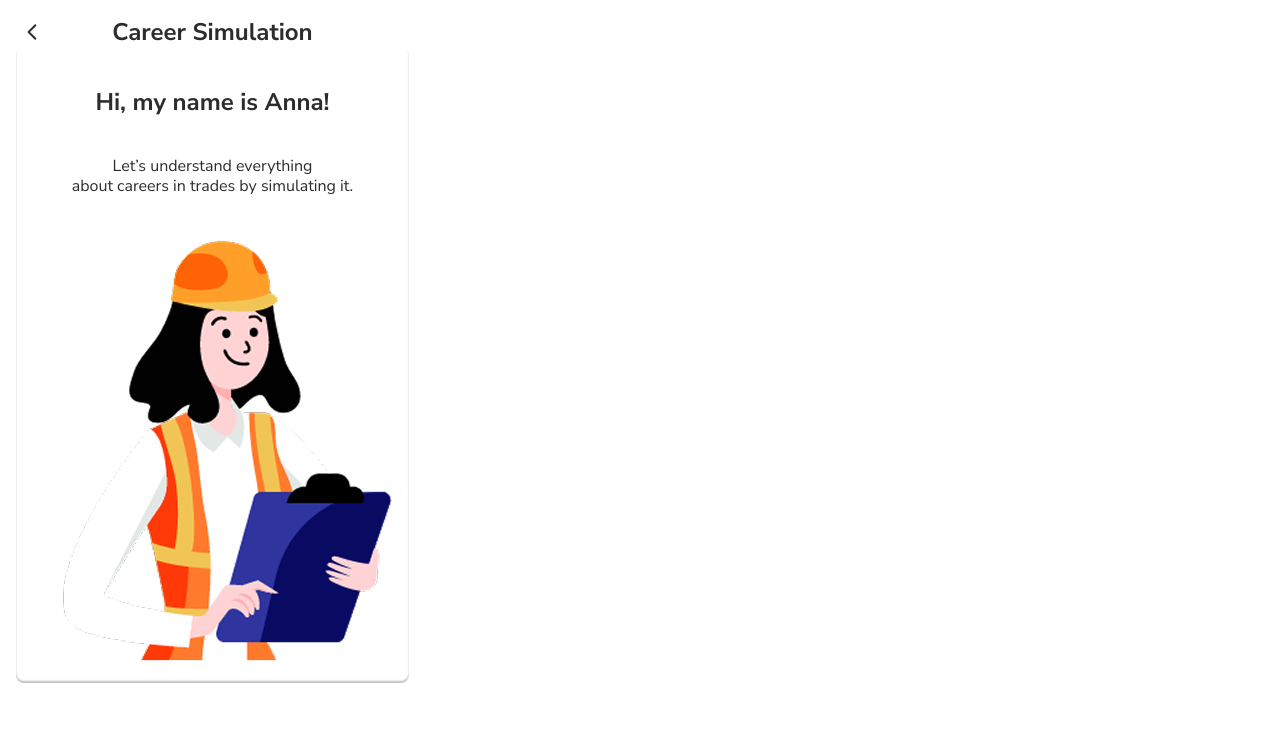
Repository: daniel-liu01/week10books
Page: /
The author's editor kept a copy of each file at every save. The page is drawn from the files as they stood at one save, then again after the next save.
The browser window is 1280 px wide. The pictures show the whole page.
The project was rebuilt for these pictures with package versions that can differ from the ones it lists, and the page was loaded fresh each time. Also part of the build but not shown: vite.config.js, vite.config.ts, src/App.css.

Above is the page before, as saved 2025-10-17 18:07:21.

### index.html
<!DOCTYPE html>
<html lang="en">
    <head>
        <meta charset="UTF-8" />
        <link
            rel="icon"
            type="image/svg+xml"
            href="/vite.svg" />
        <meta
            name="viewport"
            content="width=device-width, initial-scale=1.0" />
        <title>frontend</title>
        <link
            rel="preconnect"
            href="https://fonts.googleapis.com" />
        <link
            rel="preconnect"
            href="https://fonts.gstatic.com"
            crossorigin />
        <link
            href="https://fonts.googleapis.com/css2?family=Nunito+Sans:ital,opsz,wght@0,6..12,200..1000;1,6..12,200..1000&display=swap"
            rel="stylesheet" />
    </head>
    <body>
        <div id="root"></div>
        <script
            type="module"
            src="/src/main.jsx"></script>
    </body>
</html>

### src/index.css
/* ------------------------------------------------------ GENERAL STYLES ------------------------------------------------------ */
*,
*::before,
*::after {
    box-sizing: inherit;
}

html,
body {
    padding: 0;

    font-family: var(--font-family);
    box-sizing: border-box;
}

body {
    width: 393px;
    min-height: 100vh;
    margin: 16px;
}

html {
    display: flex;
    align-items: flex-start;
}

/* ------------------------------------------------------ VARIABLES ------------------------------------------------------ */
:root {
    /* ----- COLORS ----- */
    --primary-50: #fff1e6;
    --primary-100: #ffd4b0;
    --primary-200: #ffbf8a;
    --primary-300: #ffa155;
    --primary-400: #ff8f34;
    --primary-500: #ff7301;
    --primary-600: #e86901;
    --primary-700: #b55201;
    --primary-800: #8c3f01;
    --primary-900: #6b3000;

    --secondary-50: #eefae6;
    --secondary-100: #cbefb1;
    --secondary-200: #b2e88b;
    --secondary-300: #8fdd55;
    --secondary-400: #79d635;
    --secondary-500: #58cc02;
    --secondary-600: #50ba02;
    --secondary-700: #3e9101;
    --secondary-800: #307001;
    --secondary-900: #255601;

    /* -- neutral colors -- */

    --offwhite-500: #f9f9f9;
    --white: #ffffff;
    --black-50: #eaeaea;
    --black-100: #bebebd;
    --black-200: #9e9e9d;
    --black-300: #727271;
    --black-400: #575655;
    --black-500: #2d2c2b;

    /* ----- TYPE ----- */
    --font-family: "Nunito Sans", sans-serif;

    --font-size-extra-large: 88px;
    --font-size-large: 30px;
    --font-size-extra-medium: 24px;
    --font-size-medium: 20px;
    --font-size-regular: 16px;
    --font-size-small: 12px;
    --font-size-extra-small: 10px;

    --font-style-normal: normal;
    --font-weight-bold: bold;

    --line-height-xxlarge: 100px;
    --line-height-large: 36px;
    --line-height-medium: 28px;
    --line-height-small: 20px;

    /* ----- SPACING ----- */
    --space-extra-small: 4px;
    --space-small: 8px;
    --space-regular: 16px;
    --space-medium: 32px;
    --space-large: 48px;
    --space-extra-large: 140px;

    /* ----- Inner shadow ----- */
    --inner-shadow: 0 -2px 2px 0 rgba(0, 0, 0, 0.25);
}

### src/App.jsx
import { useState } from "react";
import { BrowserRouter as Router, Routes, Route } from "react-router-dom";
import "./App.css";

import Simulation from "../app/Simulation/Simulation";

function App() {
    return (
        <div>
            <Simulation />
        </div>
    );
}

export default App;

### app/Simulation/Simulation.jsx
import styles from "./Simulation";
import StatusBar from "../../components/StatusBar/StatusBar";
import HeadingBar from "../../components/HeadingBar/HeadingBar";
import Card from "../../components/Card/Card";

function Simulation() {
    return (
        <div>
            <HeadingBar />
            <Card
                image='Anna.png'
                title='Hi, my name is Anna!'
                description={
                    <>
                        Let’s understand everything <br />
                        about careers in trades by simulating it.
                    </>
                }
            />
        </div>
    );
}

export default Simulation;

### components/HeadingBar/HeadingBar.jsx
import styles from "./HeadingBar.module.css";
import ArrowBack from "../ArrowBack/ArrowBack";

function HeadingBar() {
    return (
        <div className={styles.heading_container}>
            <ArrowBack />
            <h1 className={styles.heading_pageTitle}>Career Simulation</h1>
            <div className={styles.heading_placeholder}></div>
        </div>
    );
}

export default HeadingBar;

### components/Card/Card.jsx
import styles from "./Card.module.css";

function Card({ image, title, description }) {
    return (
        <div className={styles.container}>
            <div className={styles.content}>
                <h3 className={styles.title}>{title}</h3>
                <p className={styles.description}>{description}</p>
            </div>
            {image && (
                <div className={styles.image_wrapper}>
                    <img
                        src={image}
                        alt={title}
                        className={styles.image}
                    />
                </div>
            )}
        </div>
    );
}

export default Card;

### components/HeadingBar/HeadingBar.module.css
.heading_container {
    width: 100%;
    display: flex;
    align-items: center;
    justify-content: space-between;
    gap: var(--space-small);
    margin: 0;
    padding: 0;
}

.heading_pageTitle {
    font-weight: var(--font-weight-bold);
    font-size: var(--font-size-extra-medium);
    margin: 0;
    line-height: 1;
    color: var(--black-500);
}

.heading_placeholder {
    width: var(--space-medium);
    height: var(--space-medium);
    visibility: hidden;
}

### components/ArrowBack/ArrowBack.jsx
import styles from "./ArrowBack.module.css";

function ArrowBack() {
    return (
        <div className={styles.arrow_container}>
            <svg
                className={styles.arrow_icon}
                xmlns='http://www.w3.org/2000/svg'
                width='16'
                height='16'
                viewBox='0 0 12 20'
                fill='none'>
                <path
                    d='M10.7071 19.2929C10.3166 19.6834 9.68342 19.6834 9.29289 19.2929L0.707106 10.7071C0.316582 10.3166 0.316583 9.68342 0.707107 9.29289L9.29289 0.707106C9.68342 0.316582 10.3166 0.316582 10.7071 0.707107L11.0679 1.06789C11.4584 1.45842 11.4584 2.09158 11.0679 2.48211L3.55 10L11.0679 17.5179C11.4584 17.9084 11.4584 18.5416 11.0679 18.9321L10.7071 19.2929Z'
                    fill='currentColor'
                />
            </svg>
        </div>
    );
}

export default ArrowBack;

### components/Card/Card.module.css
.container {
    display: flex;
    padding: var(--space-regular);
    flex-direction: column;
    justify-content: space-between;
    align-items: center;
    flex: 1 0 0;
    align-self: stretch;
    border-radius: var(--space-small);
    background: var(--white);
    box-shadow: var(--inner-shadow) inset;
}

.content {
    display: flex;
    flex-direction: column;
    justify-content: space-between;
    align-items: center;
    flex: 1 0 0;
    align-self: stretch;
    font-family: var(--font-family);
    color: var(--black-500);
    text-align: center;
}

.title {
    font-size: var(--font-size-extra-medium);
    font-weight: var(--font-weight-bold);
    line-height: var(--line-height-medium);
}

.description {
    font-size: var(--font-size-regular);
    line-height: var(--line-height-small);
}

.image_wrapper {
}

.image {
}

### components/ArrowBack/ArrowBack.module.css
.arrow_container {
    display: inline-flex;
    align-items: center;
    justify-content: center;
    background: none;
    border: none;
    cursor: pointer;
    padding: 0;
    width: var(--space-medium);
    height: var(--space-medium);
}

.arrow_icon {
    color: var(--black-500);
    width: var(--space-regular);
    height: var(--space-regular);
}

.arrow_container:hover .arrow_icon {
    color: var(--primary-500);
}

### components/StatusBar/StatusBar.jsx
import styles from "./StatusBar.module.css";
import Hour from "../Hour/Hour";

const StatusBar = () => {
    return (
        <div className={styles.container}>
            <Hour />
            <div className={styles.right}>
                <svg
                    className={styles.icon}
                    width='20'
                    height='11'
                    viewBox='0 0 20 11'
                    fill='none'
                    xmlns='http://www.w3.org/2000/svg'>
                    <rect
                        x='15.8765'
                        y='0.600098'
                        width='3.23284'
                        height='10.2222'
                        rx='1.02778'
                    />
                    <rect
                        x='10.6338'
                        y='2.64453'
                        width='3.23284'
                        height='8.17778'
                        rx='1.02778'
                    />
                    <rect
                        x='5.3916'
                        y='5.71094'
                        width='3.23284'
                        height='5.11111'
                        rx='1.02778'
                    />
                    <rect
                        x='0.0327148'
                        y='7.75537'
                        width='3.23284'
                        height='3.06667'
                        rx='1.02778'
                    />
                </svg>

                <svg
                    className={styles.icon}
                    width='22'
                    height='20'
                    viewBox='0 0 22 20'
                    fill='none'
                    xmlns='http://www.w3.org/2000/svg'>
                    <mask
                        id='path-1-inside-1_2157_1042'
                        fill='white'>
                        <path d='M15.9006 7.3897C15.3805 6.57002 14.6486 5.88977 13.7741 5.41333C12.8995 4.93689 11.9113 4.68001 10.9029 4.66702C9.89445 4.65403 8.89922 4.88535 8.01135 5.33908C7.12349 5.79281 6.37237 6.45396 5.82907 7.25994L7.69376 8.391C8.03417 7.88601 8.50479 7.47176 9.06109 7.18747C9.6174 6.90317 10.241 6.75824 10.8728 6.76638C11.5046 6.77452 12.1238 6.93547 12.6718 7.23399C13.2197 7.53251 13.6783 7.95873 14.0042 8.47231L15.9006 7.3897Z' />
                    </mask>
                    <path
                        d='M15.9006 7.3897C15.3805 6.57002 14.6486 5.88977 13.7741 5.41333C12.8995 4.93689 11.9113 4.68001 10.9029 4.66702C9.89445 4.65403 8.89922 4.88535 8.01135 5.33908C7.12349 5.79281 6.37237 6.45396 5.82907 7.25994L7.69376 8.391C8.03417 7.88601 8.50479 7.47176 9.06109 7.18747C9.6174 6.90317 10.241 6.75824 10.8728 6.76638C11.5046 6.77452 12.1238 6.93547 12.6718 7.23399C13.2197 7.53251 13.6783 7.95873 14.0042 8.47231L15.9006 7.3897Z'
                        strokeWidth='4.11111'
                        mask='url(#path-1-inside-1_2157_1042)'
                    />
                    <mask
                        id='path-2-inside-2_2157_1042'
                        fill='white'>
                        <path d='M19.0832 4.55309C18.1524 3.34672 16.9405 2.3605 15.542 1.67127C14.1435 0.982029 12.5961 0.608389 11.0204 0.579456C9.4447 0.550522 7.88323 0.867077 6.45765 1.50446C5.03207 2.14184 3.78086 3.08283 2.80152 4.25413L4.5268 5.55219C5.29548 4.63284 6.27755 3.89425 7.39649 3.39397C8.51543 2.8937 9.74102 2.64523 10.9778 2.66794C12.2145 2.69065 13.4291 2.98392 14.5268 3.5249C15.6245 4.06588 16.5757 4.83997 17.3063 5.78684L19.0832 4.55309Z' />
                    </mask>
                    <path
                        d='M19.0832 4.55309C18.1524 3.34672 16.9405 2.3605 15.542 1.67127C14.1435 0.982029 12.5961 0.608389 11.0204 0.579456C9.4447 0.550522 7.88323 0.867077 6.45765 1.50446C5.03207 2.14184 3.78086 3.08283 2.80152 4.25413L4.5268 5.55219C5.29548 4.63284 6.27755 3.89425 7.39649 3.39397C8.51543 2.8937 9.74102 2.64523 10.9778 2.66794C12.2145 2.69065 13.4291 2.98392 14.5268 3.5249C15.6245 4.06588 16.5757 4.83997 17.3063 5.78684L19.0832 4.55309Z'
                        strokeWidth='4.11111'
                        mask='url(#path-2-inside-2_2157_1042)'
                    />
                    <path d='M13.5162 9.77759L10.8222 12.3331L8.66699 9.77759L9.23963 9.50599C10.2507 9.02643 11.4136 8.97977 12.4599 9.37676L13.5162 9.77759Z' />
                </svg>

                <svg
                    className={styles.icon}
                    width='24'
                    height='24'
                    viewBox='0 0 24 24'
                    fill='none'
                    xmlns='http://www.w3.org/2000/svg'>
                    <path d='M5 17C4.71667 17 4.47917 16.9042 4.2875 16.7125C4.09583 16.5208 4 16.2833 4 16V14H2V10H4V8C4 7.71667 4.09583 7.47917 4.2875 7.2875C4.47917 7.09583 4.71667 7 5 7H21C21.2833 7 21.5208 7.09583 21.7125 7.2875C21.9042 7.47917 22 7.71667 22 8V16C22 16.2833 21.9042 16.5208 21.7125 16.7125C21.5208 16.9042 21.2833 17 21 17H5Z' />
                </svg>
            </div>
        </div>
    );
};

export default StatusBar;

### components/StatusBar/StatusBar.module.css
.container {
    display: flex;
    flex-direction: row;
    align-items: center;
    justify-content: space-between;
    width: 393px;
    padding: 0 var(--space-regular);
    margin: 0;
}

.right {
    display: flex;
    align-items: center;
    gap: var(--space-extra-small);
}

.icon {
    fill: var(--black-500);
}

### components/Hour/Hour.jsx
"use client";
import { useEffect, useState } from "react";
import styles from "./Hour.module.css";

const Hour = () => {
    const [currentTime, setCurrentTime] = useState(new Date());

    useEffect(() => {
        const timer = setInterval(() => {
            setCurrentTime(new Date());
        }, 1000);

        return () => clearInterval(timer);
    }, []);

    const formattedTime = currentTime.toLocaleTimeString("en-US", {
        hour: "2-digit",
        minute: "2-digit",
        hour12: true,
    });

    return <div className={styles.hour}>{formattedTime}</div>;
};

export default Hour;

### components/Hour/Hour.module.css
.hour {
    color: var(--black-500);
    font-family: var(--font-family);
    font-size: var(--font-size-small);
}

Loaded but not shown: src/main.jsx (common file)

After the next save:
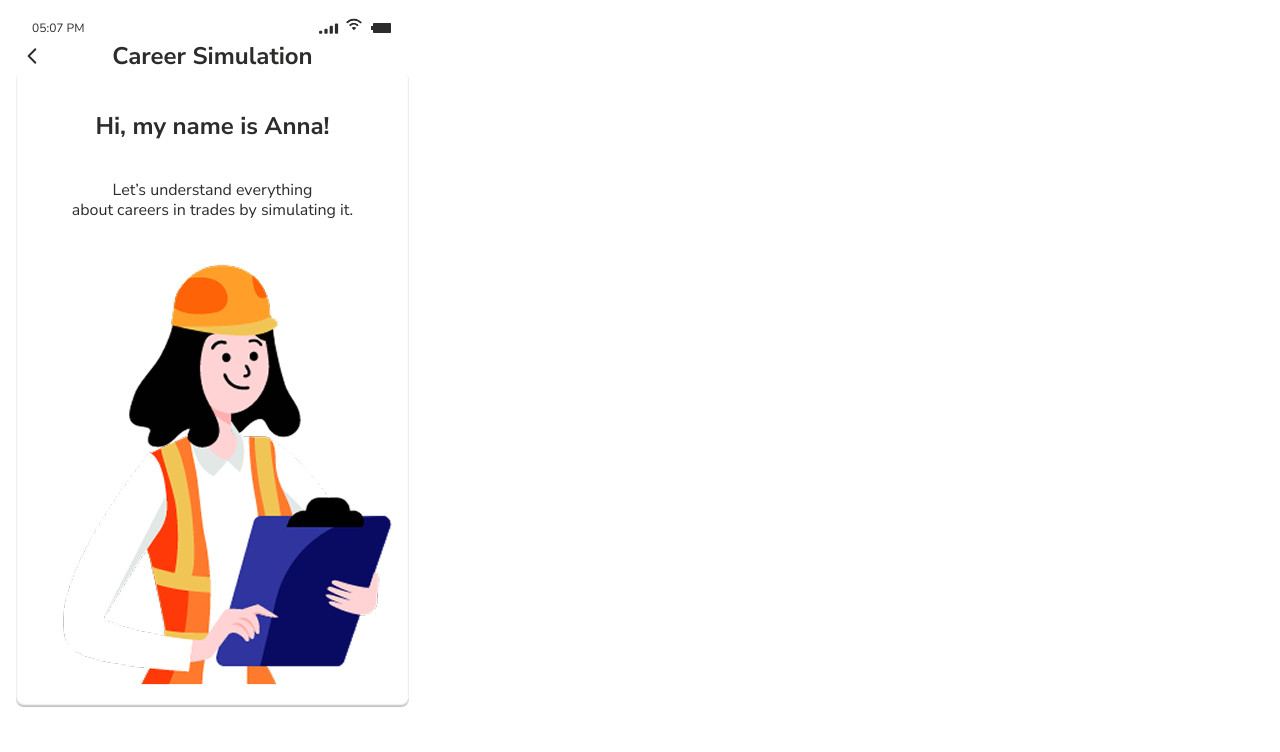
Saved 6 s later.
--- a/app/Simulation/Simulation.jsx
+++ b/app/Simulation/Simulation.jsx
@@ -6,6 +6,7 @@ import Card from "../../components/Card/Card";
 function Simulation() {
     return (
         <div>
+            <StatusBar />
             <HeadingBar />
             <Card
                 image='Anna.png'
